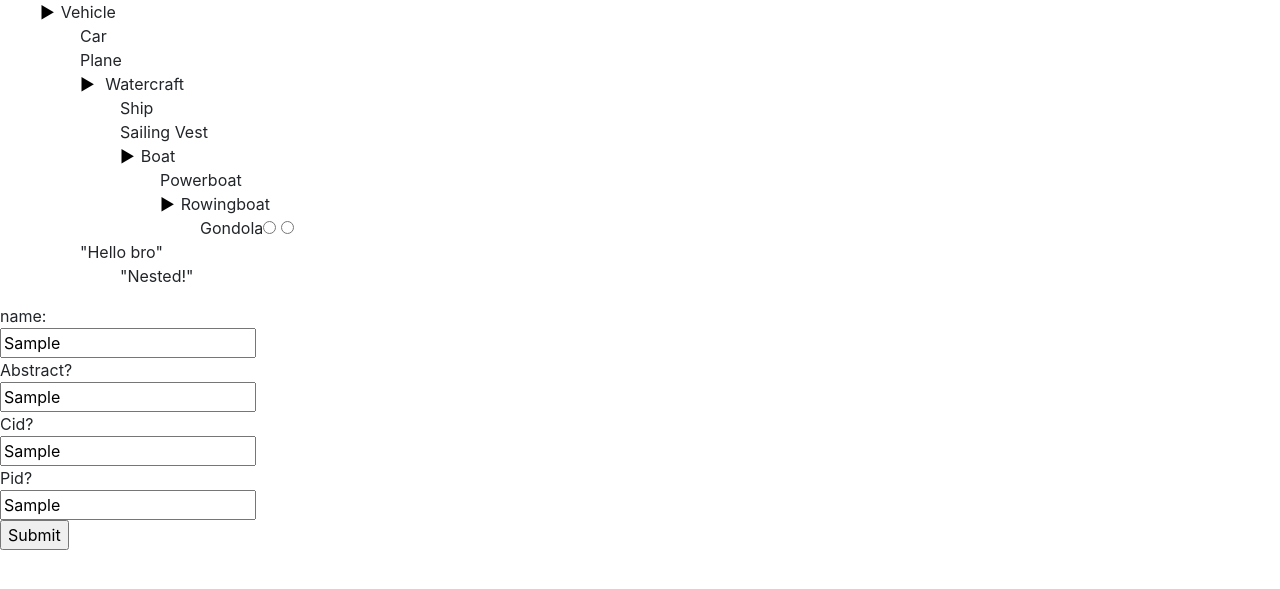
Repository: ked9268/Wonder
Page: http://localhost/cw3_mini_web_project_kjw42/WEB-INF/mainpage.jsp
The author's editor kept a copy of each file at every save. The page is drawn from the files as they stood at one save, then again after the next save.
The browser window is 1280 px wide. The pictures show the whole page.
Empty fields were first filled with sample values (such as "Sample", 5 or name@example.com).
After loading, the first visible `span.caret` was clicked once.
Some web libraries are served in a nearby version. The page is served by Tomcat 9. Nobody is signed in. Other server files are loaded and not shown. The template is opened directly, without the code that normally fills it, so the values that code supplies are empty.

Above is the page before, as saved 2020-01-07 21:59:21.

### workspaceEE/cw3_mini_web_project_kjw42/WebContent/WEB-INF/mainpage.jsp
	<%@ page language="java" contentType="text/html; charset=ISO-8859-1"
    pageEncoding="ISO-8859-1"%>
	<!DOCTYPE html PUBLIC "-//W3C//DTD HTML 4.01 Transitional//EN" "http://www.w3.org/TR/html4/loose.dtd">
<html>
	<head>
		<meta http-equiv="Content-Type" content="text/html; charset=ISO-8859-1">
		<meta charset="utf-8">
    	<meta name="viewport" content="width=device-width, initial-scale=1, shrink-to-fit=no">
		<link rel="stylesheet" href="https://maxcdn.bootstrapcdn.com/bootstrap/4.0.0/css/bootstrap.min.css"
			integrity="sha384-Gn5384xqQ1aoWXA+058RXPxPg6fy4IWvTNh0E263XmFcJlSAwiGgFAW/dAiS6JXm" crossorigin="anonymous">

		<script>
				function load(){
				window.alert("Hello World!");
				var interact = document.getElementById("Gondola");
				interact.remove();
				}
		</script>
			<style>
			.caret {
  				cursor: pointer;
  				user-select: none; /* Prevent text selection */
			}
			.caret::before {
  				content: "\25B6";
 				 color: black;
 				 display: inline-block;
 				 margin-right: 6px;
			}
			ul {
 				 list-style-type: none;
			}
			</style>
				<title>mainpage</title>
	</head>
	<body>
		<ul id="tree">
			<li>
			<a class="caret" onClick="load()">Vehicle</a>
				<ul class="nested">
					<li>Car	</li>
					<li>Plane</li>
					<li><span class="caret" onClick="test()"> Watercraft</span>
						<ul class="nested">
							<li>Ship</li>
							<li>Sailing Vest</li>
							<li><span class="caret" onClick="load()">Boat</span>
								<ul class="nested">
									<li>Powerboat</li>
									<li><span class="caret" onClick="load()">Rowingboat</span>
											<ul class="nested">
												<li id="Gondola">Gondola<input type="radio" >&nbsp<input type="radio" > </li>
											</ul>
				 						</li>
									</ul>
								</li>
							</ul>
						</li>
					</ul>
				</li>
			</ul>
		<p id="demo"> </p>

		<form action="../../controllers/extractClassInfo.java">
  				name:<br>
  				<input type="text" name="name"><br>
 			 	Abstract?<br>
  				<input type="text" name="abstract"><br>
  Cid?<br>
  <input type="text" name="cid"><br>
  Pid?<br>
  <input type="text" name="pid"><br>
		  	<input type="submit" value="Submit">
		</form>

		<script src="https://code.jquery.com/jquery-3.2.1.slim.min.js" integrity="sha384-KJ3o2DKtIkvYIK3UENzmM7KCkRr/rE9/Qpg6aAZGJwFDMVNA/GpGFF93hXpG5KkN" crossorigin="anonymous"></script>
		<script src="https://cdnjs.cloudflare.com/ajax/libs/popper.js/1.12.9/umd/popper.min.js" integrity="sha384-ApNbgh9B+Y1QKtv3Rn7W3mgPxhU9K/ScQsAP7hUibX39j7fakFPskvXusvfa0b4Q" crossorigin="anonymous"></script>
		<script src="https://maxcdn.bootstrapcdn.com/bootstrap/4.0.0/js/bootstrap.min.js" integrity="sha384-JZR6Spejh4U02d8jOt6vLEHfe/JQGiRRSQQxSfFWpi1MquVdAyjUar5+76PVCmYl" crossorigin="anonymous"></script>
		<script>
		function test(){

			var run = '<li><a>"Hello bro"</a><ul><li><a>"Nested!"</a></li></ul></li>'
			var btn = document.createElement("UL");   // Create a <button> element
			btn.innerHTML = run;   // Insert text
			document.getElementById("tree").appendChild(btn);

		}
		</script>
	</body>
</html>

After the next save:
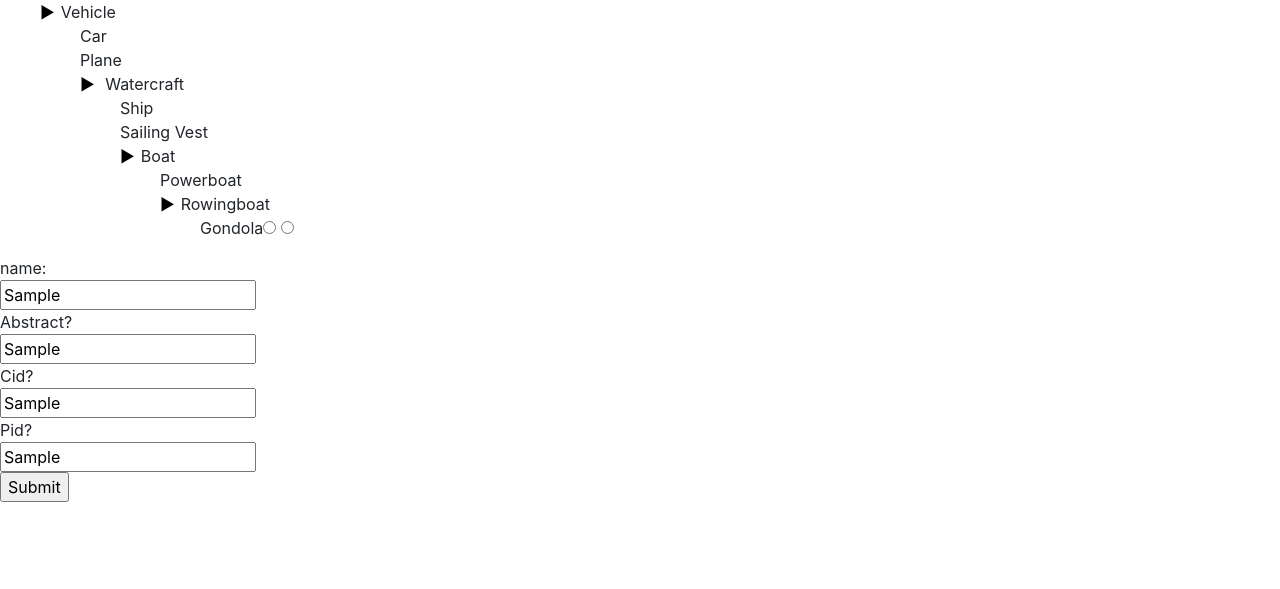
Console error: TypeError: Cannot read properties of null (reading 'appendChild')
Saved 47 s later.
--- a/workspaceEE/cw3_mini_web_project_kjw42/WebContent/WEB-INF/mainpage.jsp
+++ b/workspaceEE/cw3_mini_web_project_kjw42/WebContent/WEB-INF/mainpage.jsp
@@ -48,7 +48,7 @@
 								<ul class="nested">
 									<li>Powerboat</li>
 									<li><span class="caret" onClick="load()">Rowingboat</span>
-											<ul class="nested">
+											<ul class="west">
 												<li id="Gondola">Gondola<input type="radio" >&nbsp<input type="radio" > </li>
 											</ul>
 				 						</li>
@@ -82,7 +82,7 @@
 			var run = '<li><a>"Hello bro"</a><ul><li><a>"Nested!"</a></li></ul></li>'
 			var btn = document.createElement("UL");   // Create a <button> element
 			btn.innerHTML = run;   // Insert text
-			document.getElementById("tree").appendChild(btn);
+			document.getElementById("west").appendChild(btn);
 
 		}
 		</script>

After the save that followed:
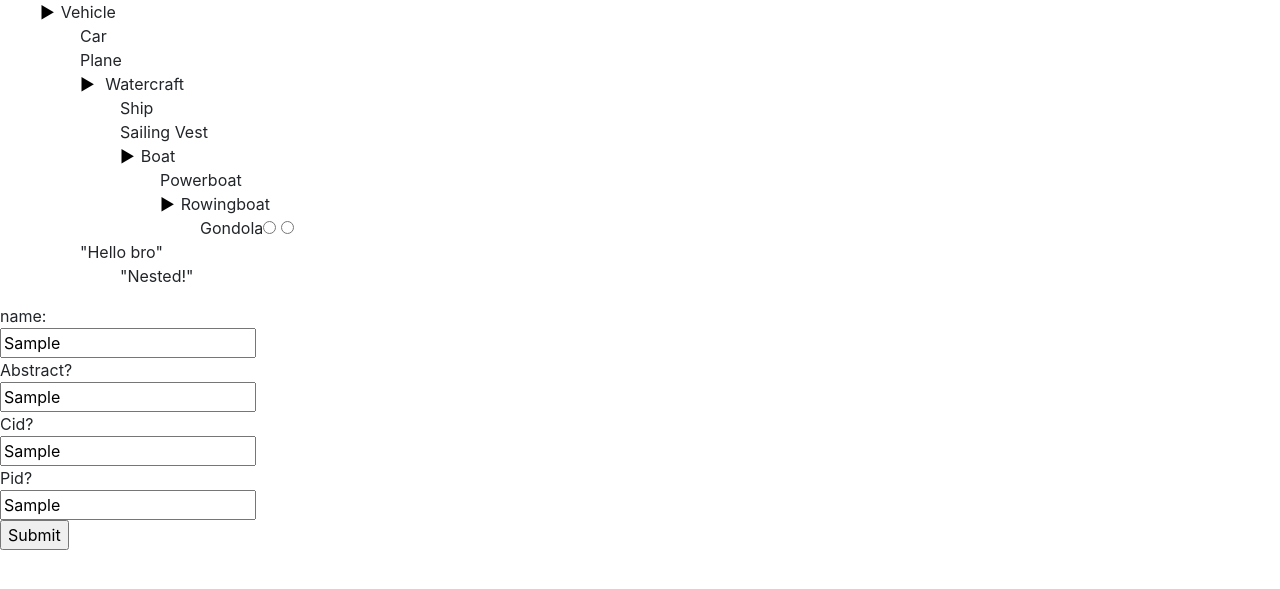
The error is gone.
Saved 32 s later.
--- a/workspaceEE/cw3_mini_web_project_kjw42/WebContent/WEB-INF/mainpage.jsp
+++ b/workspaceEE/cw3_mini_web_project_kjw42/WebContent/WEB-INF/mainpage.jsp
@@ -82,7 +82,7 @@
 			var run = '<li><a>"Hello bro"</a><ul><li><a>"Nested!"</a></li></ul></li>'
 			var btn = document.createElement("UL");   // Create a <button> element
 			btn.innerHTML = run;   // Insert text
-			document.getElementById("west").appendChild(btn);
+			document.getElementById("tree").appendChild(btn);
 
 		}
 		</script>
